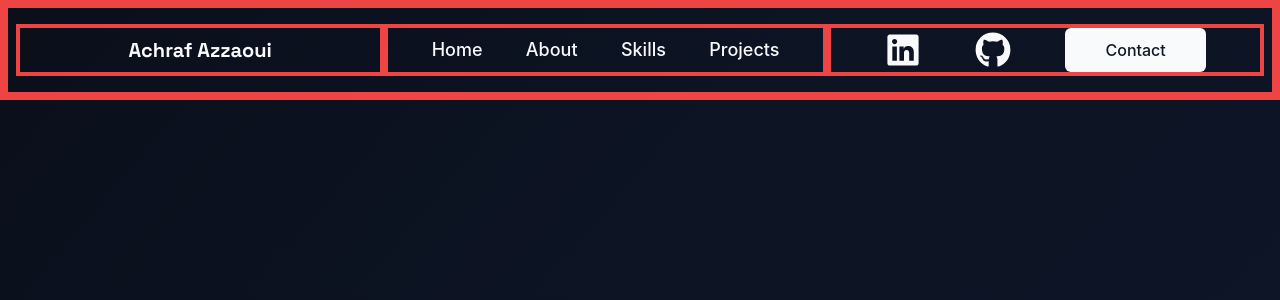
Repository: AchrafAzzaoui/Portfolio-Website
Page: / (app in achrafs-portfolio/)
These files come from the project's save history. The page is drawn as it stood at one moment and after the next save; the edit follows.
The browser window is 1280 px wide. The pictures show the whole page.
Some web fonts or font styles are not loaded; a fallback is used. The project was rebuilt for these pictures with package versions that can differ from the ones it lists, and the page was loaded fresh each time. Also part of the build but not shown: achrafs-portfolio/vite.config.ts.

Above is the page before, as saved 2025-01-02 22:13:04.

### achrafs-portfolio/index.html
<!DOCTYPE html>
<html lang="en">
  <head>
    <meta charset="UTF-8" />
    <link rel="icon" type="image/svg+xml" href="/vite.svg" />
    <meta name="viewport" content="width=device-width, initial-scale=1.0" />
    <!-- Inter for body text -->
    <link rel="preconnect" href="https://rsms.me/" />
    <link rel="stylesheet" href="https://rsms.me/inter/inter.css" />

    <!-- Space Grotesk for headlines -->
    <link rel="preconnect" href="https://fonts.googleapis.com" />
    <link rel="preconnect" href="https://fonts.gstatic.com" crossorigin />
    <link
      href="https://fonts.googleapis.com/css2?family=Space+Grotesk:wght@500;600;700&display=swap"
      rel="stylesheet"
    />
    <title>Achraf's Portfolio Website</title>
  </head>
  <body>
    <div id="root"></div>
    <script type="module" src="/src/main.tsx"></script>
  </body>
</html>

### achrafs-portfolio/src/index.css
@tailwind base;
@tailwind components;
@tailwind utilities;
@tailwind base;
@tailwind components;
@tailwind utilities;

@layer base {
  * {
    margin: 0;
    padding: 0;
    box-sizing: border-box;
  }

  html {
    scroll-behavior: smooth;
  }

  body {
    @apply font-sans antialiased;
  }

  ul,
  ol {
    list-style: none;
  }

  a {
    text-decoration: none;
    color: inherit;
  }

  img {
    max-width: 100%;
    height: auto;
  }

  button {
    background: none;
    border: none;
    cursor: pointer;
  }
}

### achrafs-portfolio/src/App.tsx
import "./index.css";
import Header from "./components/layout/Header.tsx";
export default function App() {
  return (
    <div className="min-h-screen bg-gradient-dark">
      <Header />
    </div>
  );
}

### achrafs-portfolio/src/components/layout/Header.tsx
import { useState } from "react";
import { RxLinkedinLogo } from "react-icons/rx";
import { FaGithub } from "react-icons/fa";

export default function Header() {
  const [isMenuOpen, setIsMenuOpen] = useState(false);

  return (
    <header className="px-2 py-4 border-8 border-red-500">
      <nav className="flex ">
        <div className="basis-4/16/ flex-auto flex justify-center items-center font-display font-bold text-dark-text-primary border-4 border-red-500">
          <h2 className="text-xl">Achraf Azzaoui</h2>
        </div>
        <div className="basis-7/16 flex-auto flex justify-evenly items-center border-4 border-red-500">
          <a
            href="#home"
            className="font-sans font-medium text-dark-text-primary text-lg"
          >
            Home
          </a>
          <a
            href="#about"
            className="font-sans font-medium text-dark-text-primary text-lg"
          >
            About
          </a>
          <a
            href="#skills"
            className="font-sans font-medium text-dark-text-primary text-lg"
          >
            Skills
          </a>
          <a
            href="#projects"
            className="font-sans font-medium text-dark-text-primary text-lg"
          >
            Projects
          </a>
        </div>
        <div className="basis-5/16 flex-auto flex justify-evenly items-center border-4 border-red-500">
          <RxLinkedinLogo className="text-4xl rounded-sm text-dark-text-primary" />
          <FaGithub className="text-4xl rounded-full text-dark-text-primary" />
          <button className="px-10 py-2.5 border-2 border-dark-text-primary bg-dark-text-primary rounded-md text-light-text-primary font-sans font-medium">
            Contact
          </button>
        </div>
      </nav>
    </header>
  );
}

### achrafs-portfolio/tailwind.config.js
/** @type {import('tailwindcss').Config} */
const defaultTheme = require("tailwindcss/defaultTheme");

export default {
  content: ["./index.html", "./src/**/*.{js,ts,jsx,tsx}"],
  theme: {
    extend: {
      backgroundImage: {
        "gradient-dark":
          "linear-gradient(130deg, #0A0F1A 0%, #0C1322 40%, #0E1628 100%)",
        "gradient-light":
          "linear-gradient(130deg, #F8FAFC 0%, #EEF2F6 40%, #E2E8F0 100%)", // Light theme gradient
      },
      colors: {
        // Dark theme
        dark: {
          text: {
            primary: "#F8FAFC", // Almost white
            secondary: "#94A3B8", // Lighter gray
            muted: "#64748B", // Muted gray
          },
        },
        // Light theme
        light: {
          text: {
            primary: "#0F172A", // Very dark blue/gray
            secondary: "#334155", // Dark gray
            muted: "#64748B", // Same as dark for balance
          },
        },
      },
      fontFamily: {
        sans: ["Inter", ...defaultTheme.fontFamily.sans],
        display: ["Space Grotesk", ...defaultTheme.fontFamily.sans],
      },
    },
  },
  plugins: [],
};

Loaded but not shown: achrafs-portfolio/src/main.tsx (common file)

After the next save:
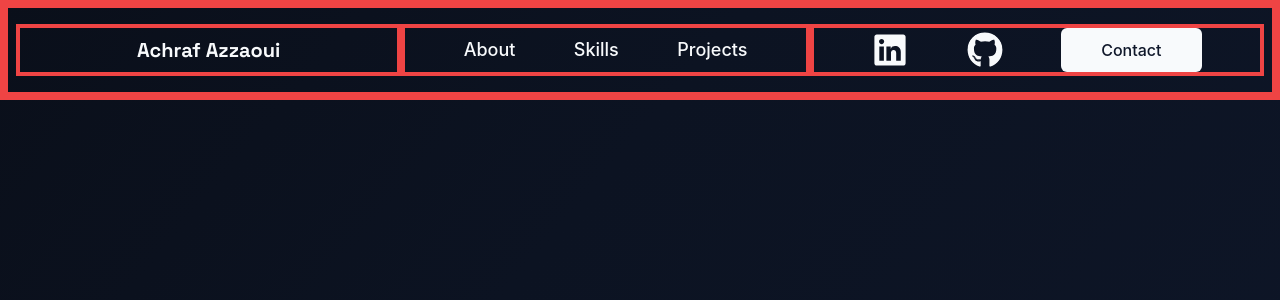
Saved 2 min 18 s later.
--- a/achrafs-portfolio/src/components/layout/Header.tsx
+++ b/achrafs-portfolio/src/components/layout/Header.tsx
@@ -8,16 +8,10 @@ export default function Header() {
   return (
     <header className="px-2 py-4 border-8 border-red-500">
       <nav className="flex ">
-        <div className="basis-4/16/ flex-auto flex justify-center items-center font-display font-bold text-dark-text-primary border-4 border-red-500">
+        <div className="basis-4/16 flex-auto flex justify-center items-center font-display font-bold text-dark-text-primary border-4 border-red-500">
           <h2 className="text-xl">Achraf Azzaoui</h2>
         </div>
-        <div className="basis-7/16 flex-auto flex justify-evenly items-center border-4 border-red-500">
-          <a
-            href="#home"
-            className="font-sans font-medium text-dark-text-primary text-lg"
-          >
-            Home
-          </a>
+        <div className="basis-6/16 flex-auto flex justify-evenly items-center border-4 border-red-500">
           <a
             href="#about"
             className="font-sans font-medium text-dark-text-primary text-lg"
@@ -37,7 +31,7 @@ export default function Header() {
             Projects
           </a>
         </div>
-        <div className="basis-5/16 flex-auto flex justify-evenly items-center border-4 border-red-500">
+        <div className="basis-6/16 flex-auto flex justify-evenly items-center border-4 border-red-500">
           <RxLinkedinLogo className="text-4xl rounded-sm text-dark-text-primary" />
           <FaGithub className="text-4xl rounded-full text-dark-text-primary" />
           <button className="px-10 py-2.5 border-2 border-dark-text-primary bg-dark-text-primary rounded-md text-light-text-primary font-sans font-medium">
